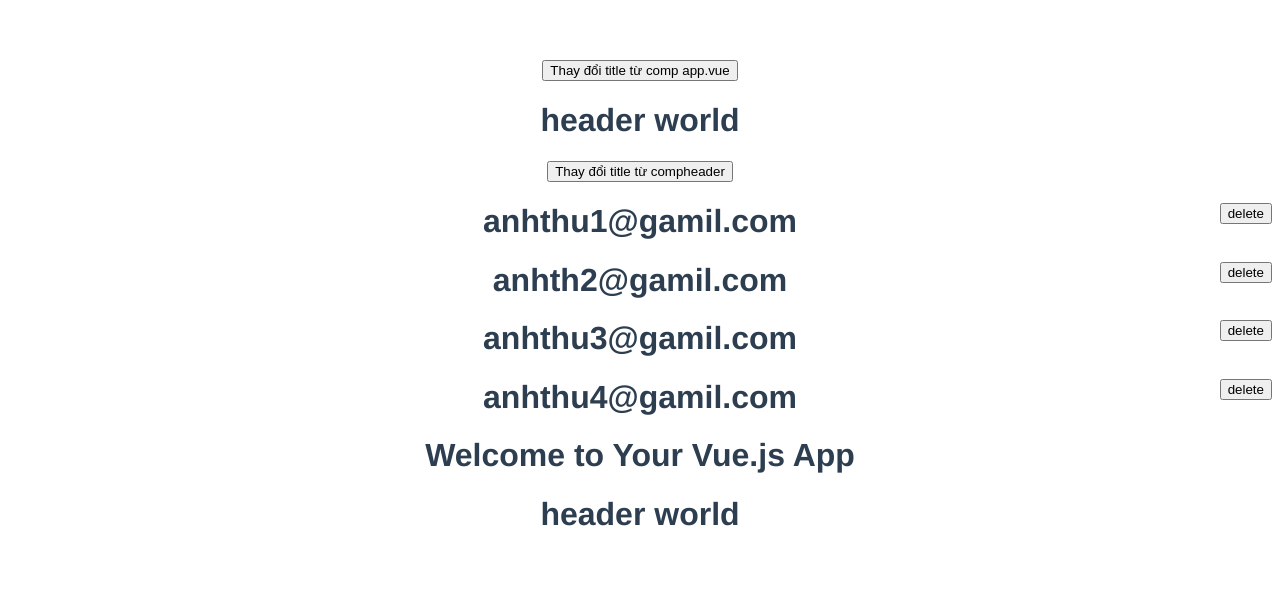
Repository: anhthu112/Todo-list
Page: /
An editor plug-in stored every save of this project. The page is shown before and after the next save, followed by the edit.
The browser window is 1280 px wide. The pictures show the whole page.
The project was rebuilt for these pictures with package versions that can differ from the ones it lists, and the page was loaded fresh each time. Also part of the build but not shown: vue.config.js.

Above is the page before, as saved 2024-01-24 15:54:57.

After the next save:
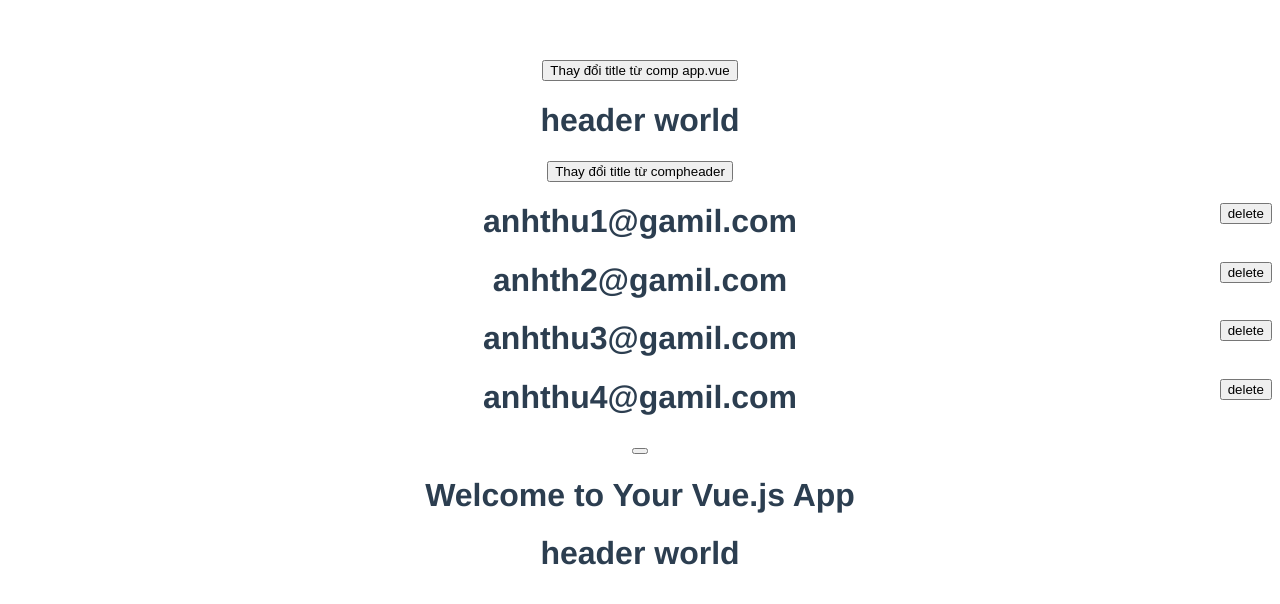
Saved 3 min 4 s later.
--- a/src/components/ListUser.vue
+++ b/src/components/ListUser.vue
@@ -1,6 +1,7 @@
 <template>
     <div class="list-user">
       <User v-for="users in listUser" v-bind:key="users.id" v-bind:user="users" />
+      <button> {{ text }}</button>
     </div>
 </template>
 
@@ -12,6 +13,9 @@
       listUser: {
         type: Array,
       },
+      text: {
+        type: String,
+      }
     },
     components: {
       User,
